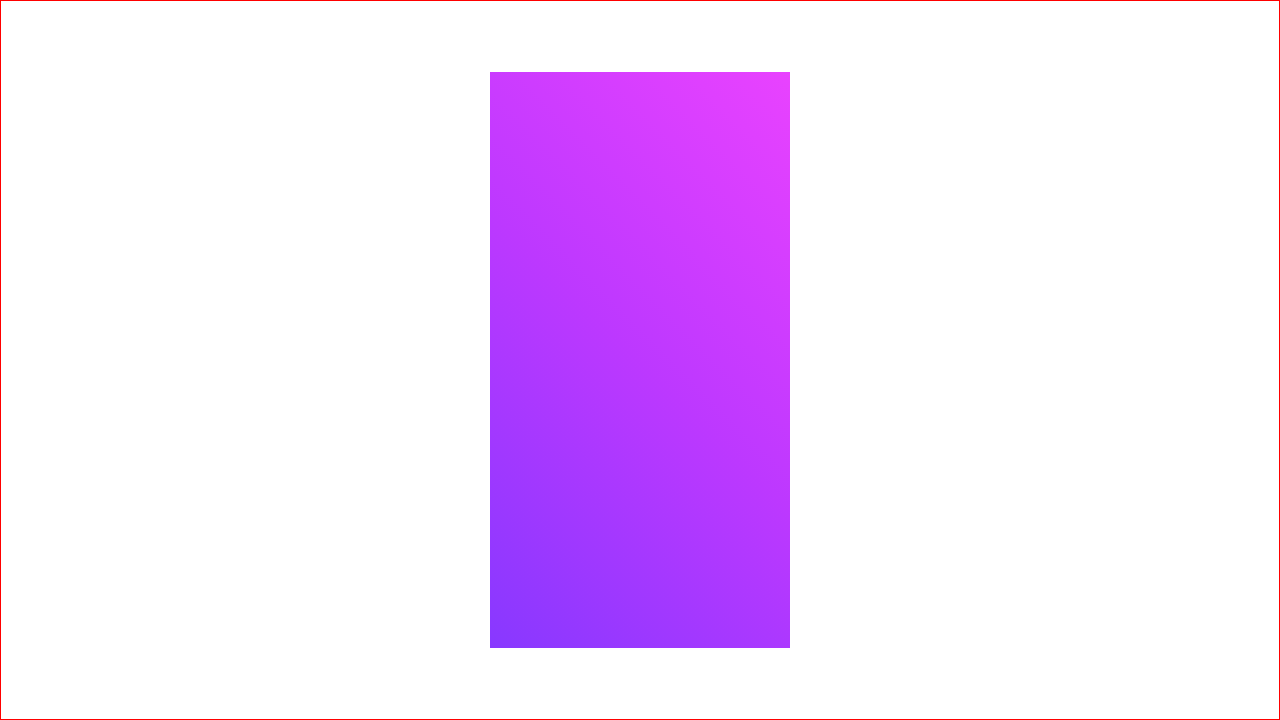
Repository: KamoliddinGIT/chat-app-css-illustration
Page: index.html
An editor plug-in stored every save of this project. The page is shown before and after a run of saves, followed by the edit.
The browser window is 1280 px wide. The pictures show the whole page.

Above is the page before, as saved 2023-09-25 16:15:34.

After the next 2 saves:
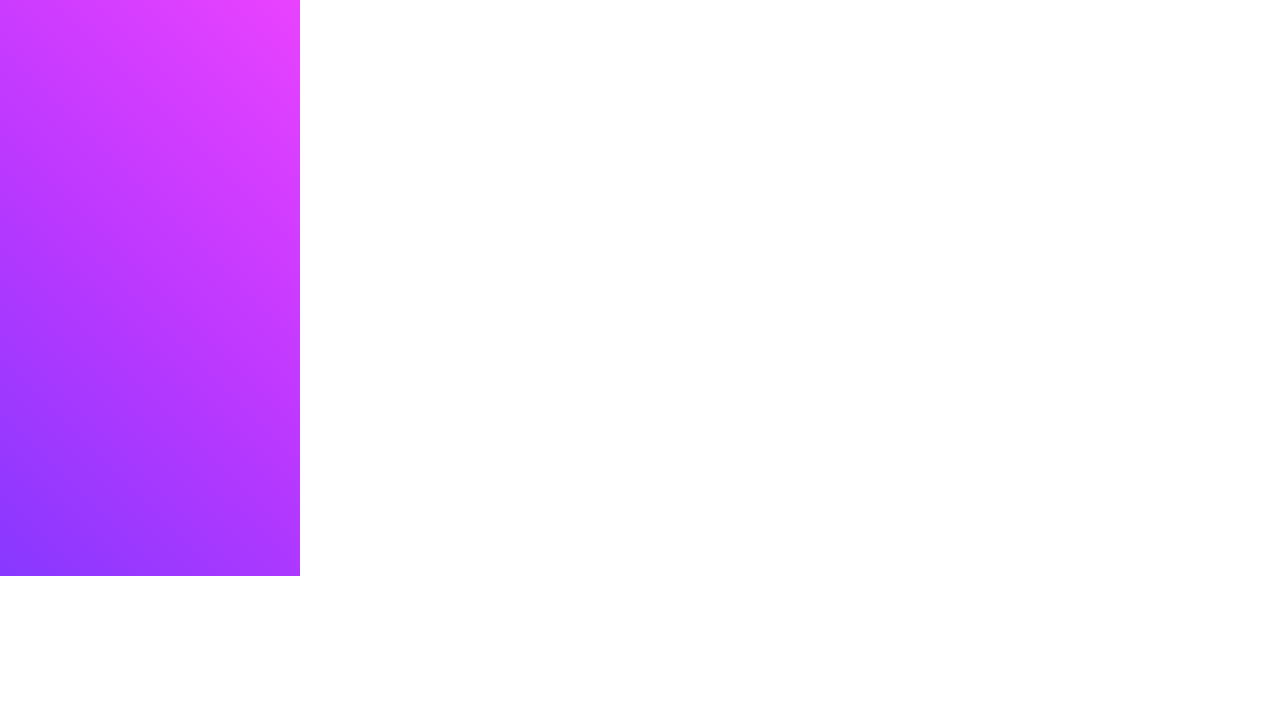
The 2 saves are shown as one change because they came seconds apart.
The last was saved 14 s later.
--- a/css/style.css
+++ b/css/style.css
@@ -10,13 +10,14 @@
   display: flex;
   justify-content: center;
   align-items: center;
-  border: 1px solid red;
   background-color: white;
 }
 
 .bg {
   width: 300px;
   height: 80%;
+  left: 0;
+  top: 0;
   position: absolute;
   background-image: linear-gradient(
     45deg,
